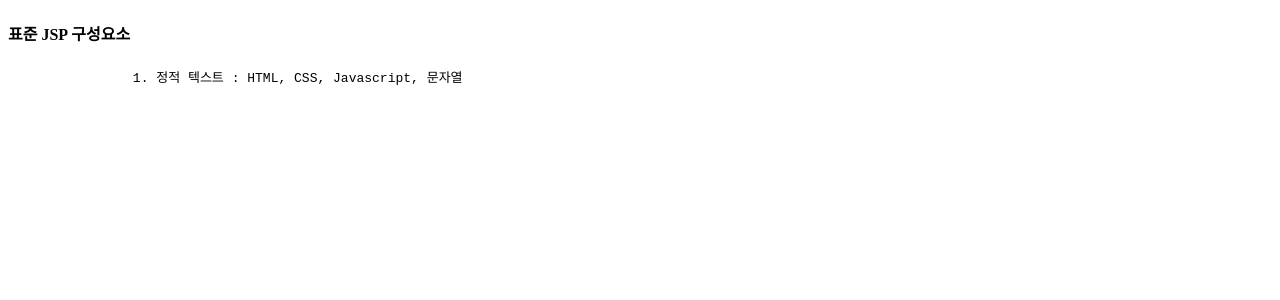
Repository: JavaJin96/kr.or.ddit.WebApp
Page: http://localhost/webStudy01/02/standard.jsp
These files come from the project's save history. The page is drawn as it stood at one moment and after the next save; the edit follows.
The browser window is 1280 px wide. The pictures show the whole page.
The page is served by Tomcat 9.

Above is the page before, as saved 2022-02-25 00:35:15.

After the next save:
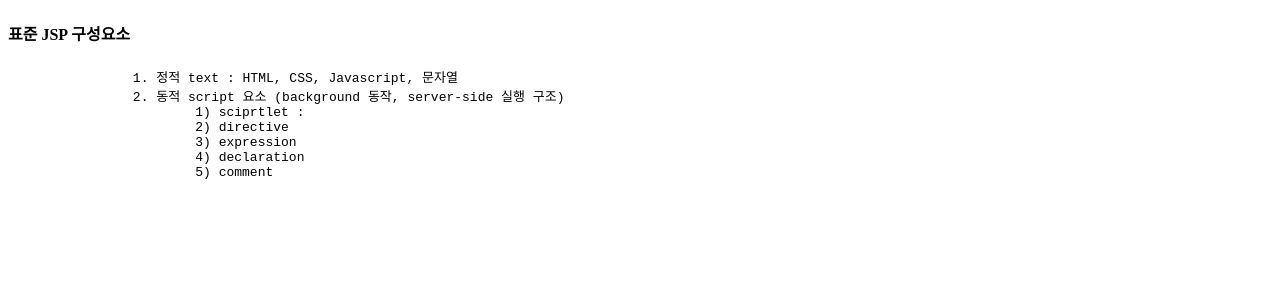
Saved 9 min 29 s later.
--- a/6.JspSpring/workspace/webStudy01/webapp/02/standard.jsp
+++ b/6.JspSpring/workspace/webStudy01/webapp/02/standard.jsp
@@ -9,7 +9,13 @@
 <body>
 	<h4>표준 JSP 구성요소</h4>
 	<pre>
-		1. 정적 텍스트 : HTML, CSS, Javascript, 문자열
+		1. 정적 text : HTML, CSS, Javascript, 문자열
+		2. 동적 script 요소 (background 동작, server-side 실행 구조)
+			1) sciprtlet : <% //이곳에는 Java 코드가 들어갑니다. %>
+			2) directive
+			3) expression
+			4) declaration
+			5) comment
 	</pre>
 </body>
 </html>
